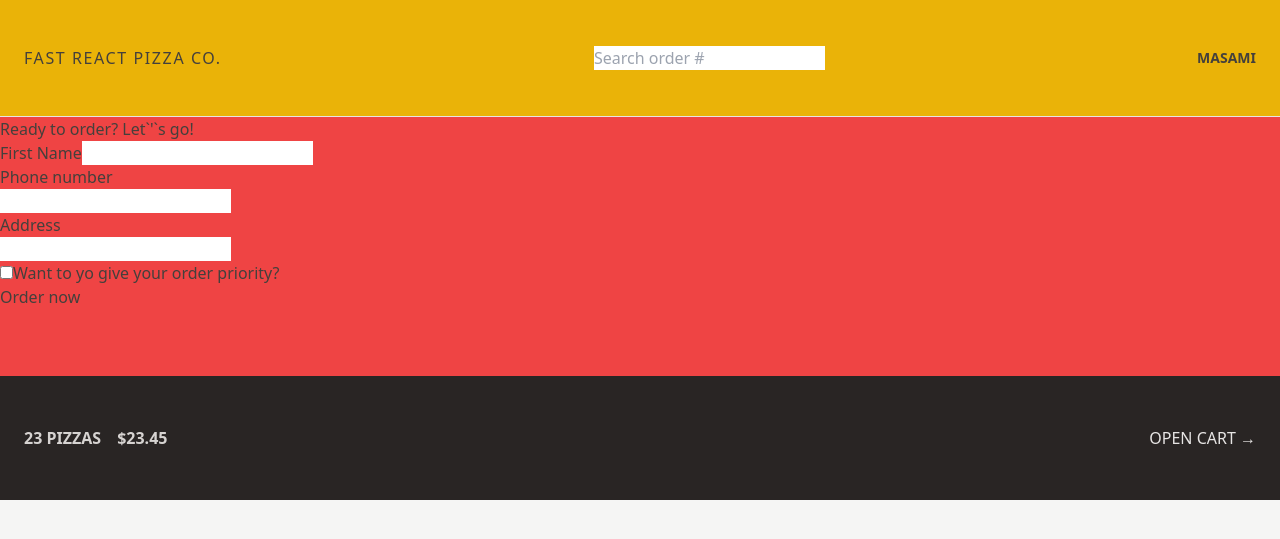
Repository: masamichan/pizza-vite
Page: /order/new
An editor plug-in stored every save of this project. The page is shown before and after the next save, followed by the edit.
The browser window is 1280 px wide. The pictures show the whole page.
The project was rebuilt for these pictures with package versions that can differ from the ones it lists, and the page was loaded fresh each time. Also part of the build but not shown: vite.config.js, src/ui/Home.jsx, src/utils/helpers.js, src/features/menu/MenuItem.jsx, src/features/menu/Menu.jsx, src/features/cart/Cart.jsx, src/features/order/Order.jsx, src/ui/Loader.jsx and 1 more. Imported but missing from the stored project, and not drawn on this page: src/features/user/CreateUser.

Above is the page before, as saved 2023-12-22 10:41:27.

After the next save:
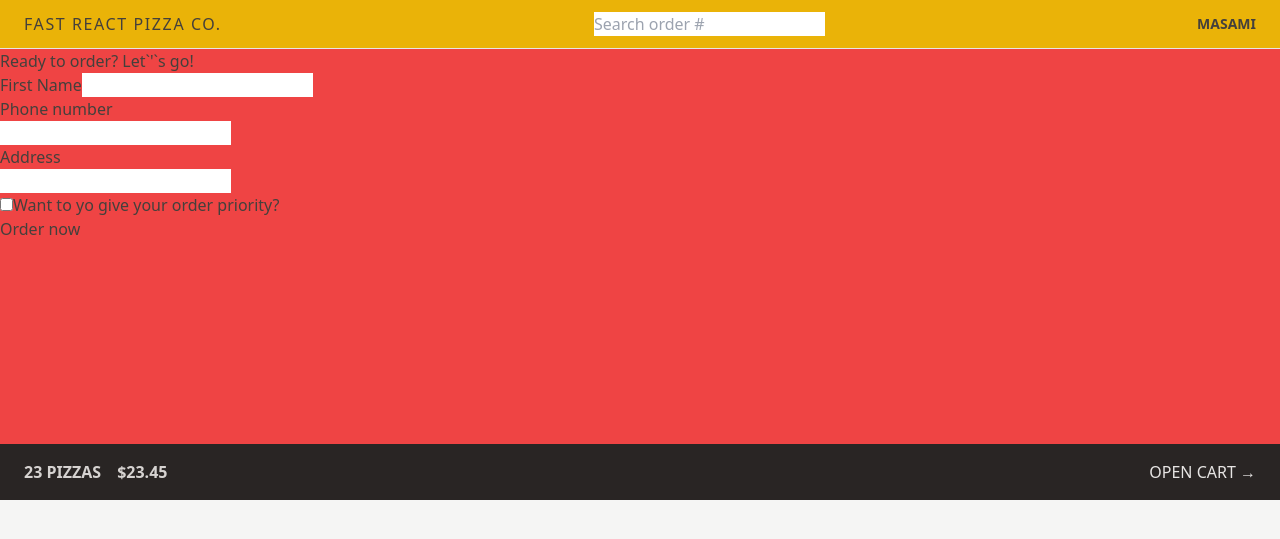
Saved 2 min 39 s later.
--- a/src/ui/AppLayout.jsx
+++ b/src/ui/AppLayout.jsx
@@ -7,7 +7,7 @@ function AppLayout() {
   const navigation = useNavigation();
   const isLoading = navigation.state === 'loading';
   return (
-    <div className="grid-row-3 grid h-[500px]  bg-red-500">
+    <div className="grid h-[500px] grid-rows-[auto_1fr_auto]  bg-red-500">
       {isLoading && <Loader />}
 
       <Header />
